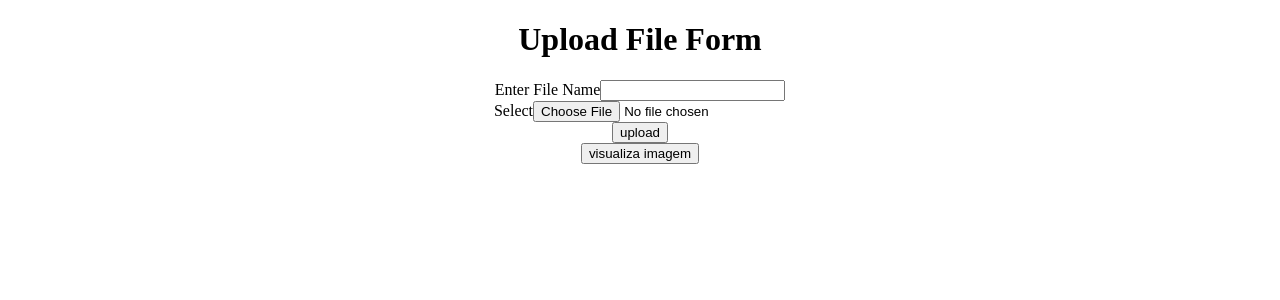
Repository: ThaysaM/upload-de-imagem-java-web
Page: http://localhost/projetoSelecao_Servelet/
These files come from the project's save history. The page is drawn as it stood at one moment and after the next save; the edit follows.
The browser window is 1280 px wide. The pictures show the whole page.
The page is served by Tomcat 9.

Above is the page before, as saved 2020-09-13 14:51:56.

### projetoSelecao Servelet/WebContent/index.jsp
<%@ page language="java" contentType="text/html; charset=ISO-8859-1"
    pageEncoding="ISO-8859-1"%>
<!DOCTYPE html PUBLIC "-//W3C//DTD HTML 4.01 Transitional//EN" "http://www.w3.org/TR/html4/loose.dtd">
<html>
<head>
<meta http-equiv="Content-Type" content="text/html; charset=ISO-8859-1">
<title>Insert title here</title>
</head>
<body>


<center>
<h1>Upload File Form</h1>

		<form action="ProjetoUpload" enctype="multipart/form-data" method="post">
             Enter File Name<input type="text" name="file_name"><br>
			 Select<input type="file" name="file2" /><br>
             <input type="submit" value="upload" />
        </form>

        <form action="ProjetoUpload" method="get">
        	<input type="submit" value="visualiza imagem"/>
        </form>
           <%
	           	String file_name=(String)request.getParameter("filename");
	           	if(file_name!=null){
	        	   	out.println(file_name+" File uploaded successfuly");

	       %><br>
	       		<img src="http://localhost:8080/arquivo_upload/<%=file_name%>">
	       <%

           		}
           %>

</center>

</body>
</html>

After the next save:
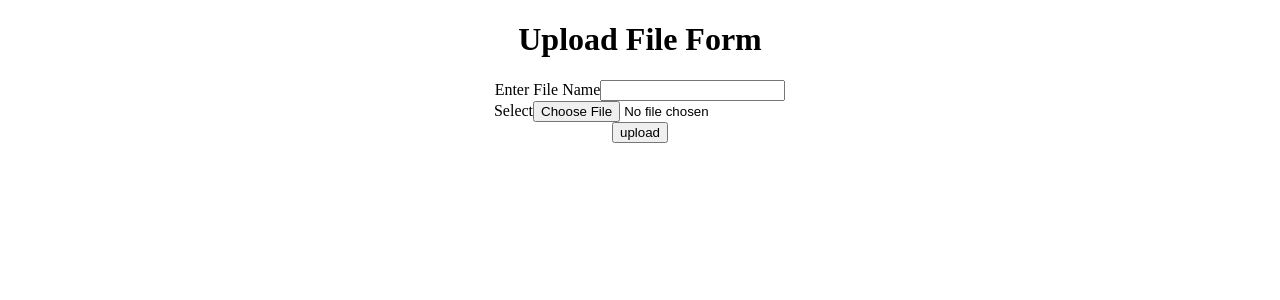
Saved 15 min 19 s later.
--- a/projetoSelecao Servelet/WebContent/index.jsp
+++ b/projetoSelecao Servelet/WebContent/index.jsp
@@ -18,9 +18,6 @@
              <input type="submit" value="upload" />
         </form>
 
-        <form action="ProjetoUpload" method="get">
-        	<input type="submit" value="visualiza imagem"/>
-        </form>
            <%
 	           	String file_name=(String)request.getParameter("filename");
 	           	if(file_name!=null){
